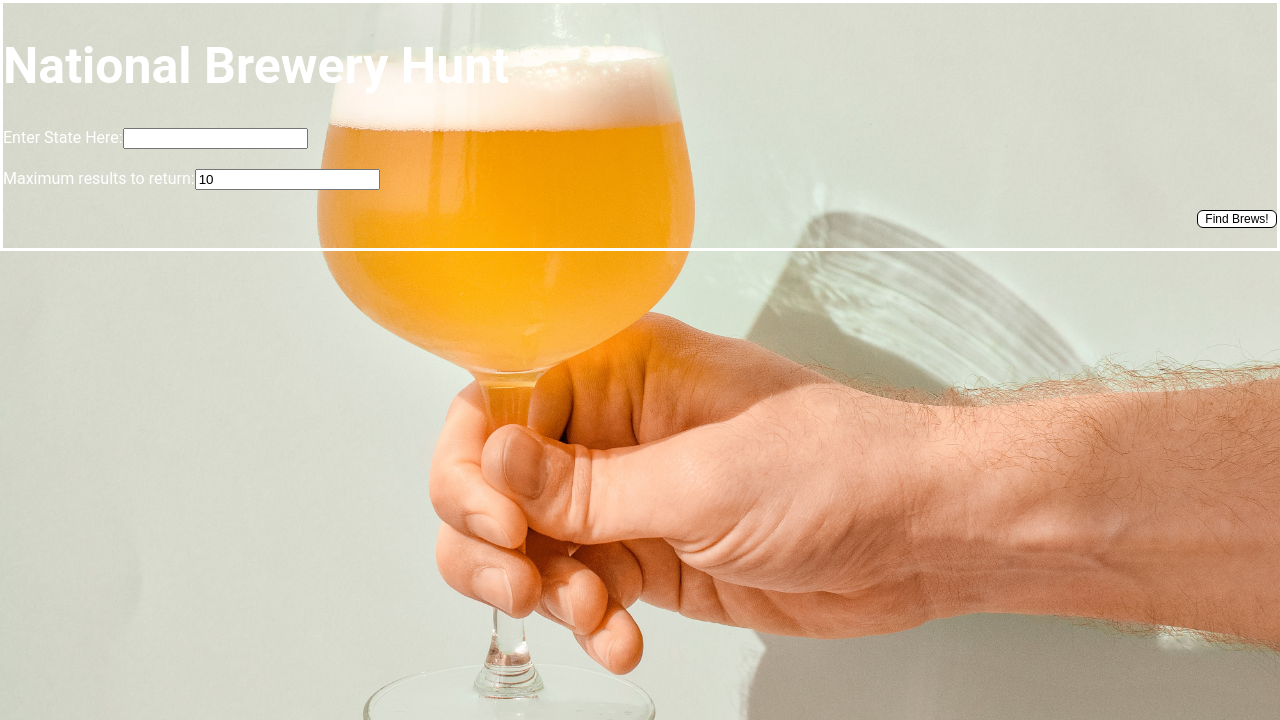
Repository: kaitlynMidori/searchBrews
Page: index.html
The author's editor kept a copy of each file at every save. The page is drawn from the files as they stood at one save, then again after the next save.
The browser window is 1280 px wide. The pictures show the whole page.

Above is the page before, as saved 2021-04-24 12:30:21.

### index.html
<!DOCTYPE html>
<html lang="en">

<head>
    <meta charset="UTF-8" />
    <meta name="viewport" content="width=device-width, initial-scale=1.0" />
    <meta http-equiv="X-UA-Compatible" content="ie=edge" />
    <title>National Brewery Hunt</title>
    <link rel="stylesheet" href="style.css" />
</head>

<body>
    <div id="container">
        <h1>National Brewery Hunt</h1>

        <form id="search-form">
            <p>
                <label for="by_state">Enter State Here:</label>
                    <input type="text" name="by_state" id="by_state" required />
            </p>

            <p>
                <label for="max-results">Maximum results to return: </label>
                    <input type="number" name="max-results" id="max-results" value="10" />
            </p>

            <p>
                <input type="submit" value="Find Brews!" class="submit" />
            </p>
        </form>

        <p id="error-message"></p>

        <section id="results" class="hidden">
            <h2>Search results</h2>
            <ol id="results-list"></ol>
        </section>
    </div>
    <script src="https://code.jquery.com/jquery-3.3.1.js" integrity="sha256-2Kok7MbOyxpgUVvAk/HJ2jigOSYS2auK4Pfzbm7uH60=" crossorigin="anonymous"></script>
    <script src="app.js"></script>
</body>

</html>
<!-- This app doesn't follow a11y best practices, and the JS file is incomplete. Complete the getBreweries, displayResults, and watchSubmit functions. When you're done, this app should allow a user to search for a state, and display a list of breweries in that state. The list should include the brewery's name and a link to their website. You should make requests to this API: https://www.openbrewerydb.org/ . Make any necessary adjustments to make this app accessible. -->

### style.css

body {
    font-family: "Roboto", sans-serif;
    color: white;

    margin: auto;
    background: cover;
    background: url("images/beer.jpg") no-repeat center center fixed;
    -webkit-background-size: 100% auto;

-moz-background-size: 100% auto;

-ms-background-size: 100% auto;

-o-background-size: 100% auto;

background-size: 100% auto;

    border: solid;
}

.hidden {
    display: none;
}

h1  {
    text-align: left;
    font-size: 50px;
}

h2 {
    text-align: left;
}

/* .search-form {
    text-align: center;
    display: flex;
    flex-direction: column;
    width: auto;
    border: 1px solid black;
    padding: 30px;
    margin-left: 100px;
    margin-right: 100px;
    margin-bottom: 50px;
    border-radius: 8px;
} */

legend {
    text-align: left;
}

form p {

    margin: 5px;
    display: flex;
    width: auto;
    justify-content: left;
    margin: 20px 0 20px 0;
}

/* .results-list {
    margin: auto;
    width: 50px;
    height: 25px;
    padding: 0px;
    text-align: left;
    margin-bottom: 10px;
    margin-top: 10px;
    border-radius: 6px;
} */



.submit {
    border: 1px solid black;
    background-color: white;
    justify-content: left;
   margin-left: auto;
    width: 80px;
    height: 18px;
    border-radius: 6px;
    padding: 1px;
    font-size: 12px;
}

.submit:hover {
    cursor: pointer;
}

/* .results-amount:hover {
    cursor: text;
} */


/*Results Styling*/

/* .results-display-container {
    margin: auto;
} */

/* .single-result {
    border: 1px solid rgb(177, 175, 175);
    margin: auto;
    border-radius: 8px;
    box-shadow: -1px 2px rgb(209, 209, 209);
    padding: 15px;
    width: 1000px;
    margin-bottom: 15px;
} */

### app.js
"use strict";

const searchURL = ("https://api.openbrewerydb.org/breweries");

 //format query params
function formatQueryParams(params) {
    //return object array with params
   const queryItems = Object.keys(params)
   //produce object map param string key
     .map(key => `${key}=${params[key]}`)
     //return array as string
   return queryItems.join('&');
 }

function displayResults(responseJson, maxResults) {

    // if there are previous results, remove them
    console.log(responseJson);
    $("#results-list").empty();

    // iterate through the data array
    // list brewery name, city, url
    for (let i = 0; i < responseJson.length; i++) {
    $("#results-list").append(`<li class="each-product-result">

    <h3 class="product-name">${responseJson[i].name}</h3>
    <p class="product-price">${responseJson[i].city}</p>
    <p>Brewery page: <a href=${responseJson[i].website_url}>${responseJson[i].website_url}</a></p><br>
    <br>
    </li>`
      )
  };
    //display the results section
    $("#results").removeClass("hidden");
}

//getBreweries function
function getBreweries(query, maxResults) {
    //set API paramaters
    const params = {
        by_state: query,
        per_page: maxResults,
    };
    //declare queryString as formatQueryParams
    const queryString = formatQueryParams(params);
    //declare url to bind user input string to searchUrl
    const url = searchURL + "?" + queryString;
    console.log(url);
    //initiate fetch request using pure promise to get JSON object
    fetch(url)
    //check for resolved promise
        .then((response) => {
            // if response = true
            if (response.ok) {
                //return response object
                return response.json();
            }
            //raise exception to reject promise error and trigger .catch
            throw new Error(response.statusText);
        })
        .then((responseJson) => displayResults(responseJson, maxResults))
        //Catch any errors and return message
        .catch((err) => {
            $("#error-message").text(`Something went wrong: ${err.message}`);
        });
}

function watchForm() {
    // Bind an event handler to the “submit” JavaScript event
    $("form").submit((event) => {
        // If this method is called, the default action of the event will not be triggered.
        event.preventDefault();
        let by_state = $("#by_state").val();
	// by_state = by_state.replace(/\s/g, '');
        const maxResults = $("#max-results").val();
        getBreweries(by_state, maxResults);
    });
}

//call jQuery to pass in callback function when page loads
$(watchForm);

After the next save:
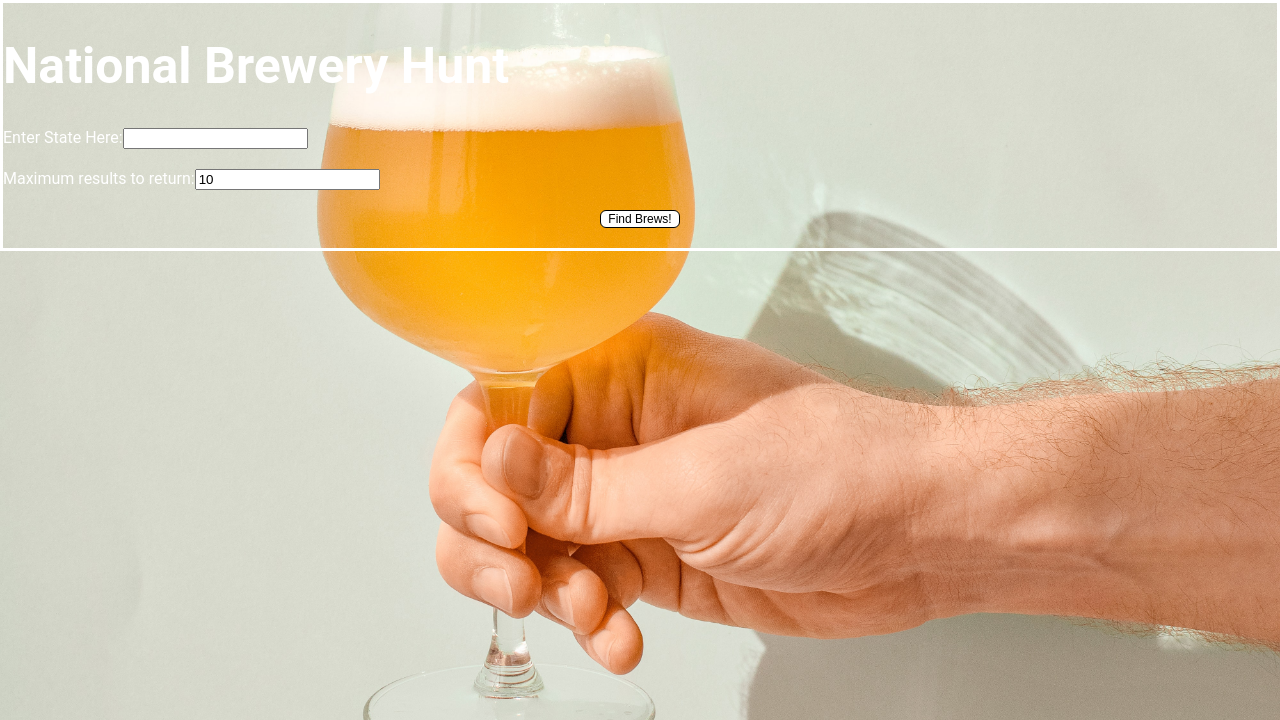
Saved 10 s later.
--- a/style.css
+++ b/style.css
@@ -75,7 +75,7 @@ form p {
     border: 1px solid black;
     background-color: white;
     justify-content: left;
-   margin-left: auto;
+   margin: auto;
     width: 80px;
     height: 18px;
     border-radius: 6px;
